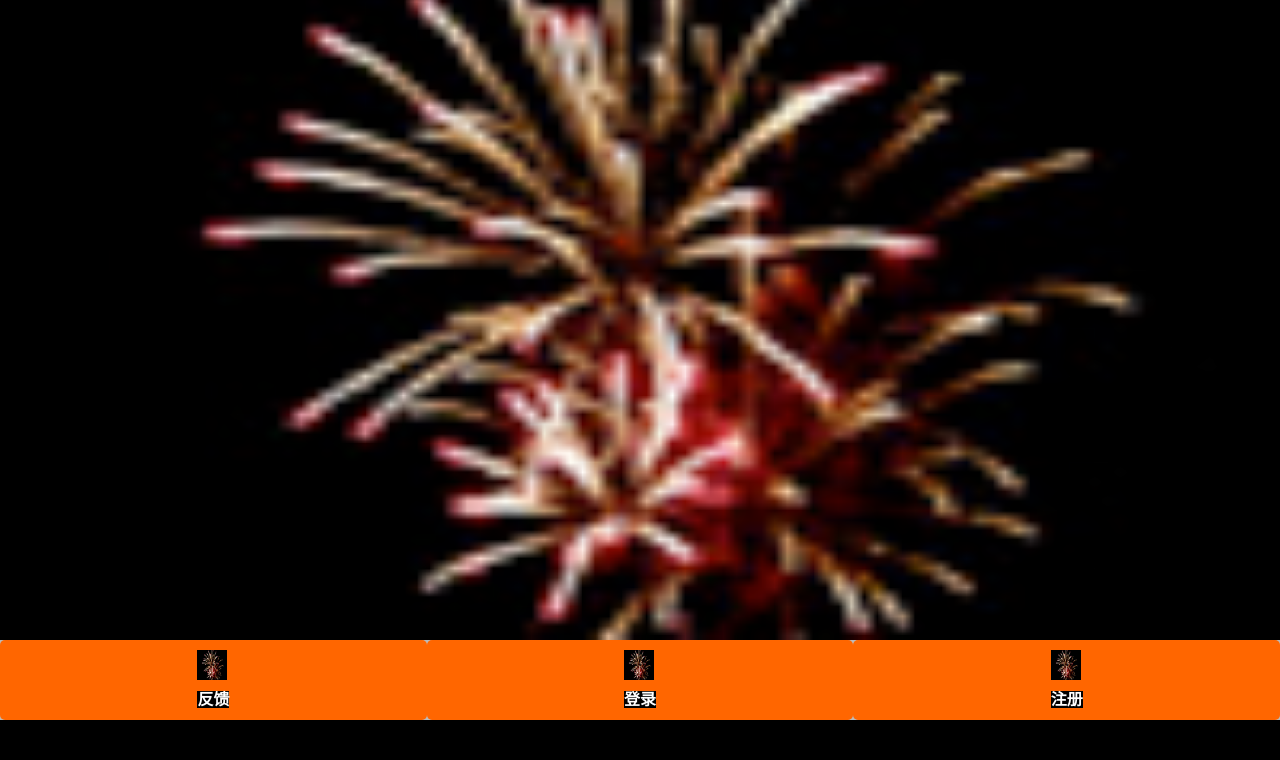
Repository: wangxinjun08231116/Html5Views
Page: WangXinJun/WebContent/htmls/QCF/shouye.html
An editor plug-in stored every save of this project. The page is shown before and after the next save, followed by the edit.
The browser window is 1280 px wide. The pictures show the whole page.

Above is the page before, as saved 2015-01-21 02:44:04.

After the next save:
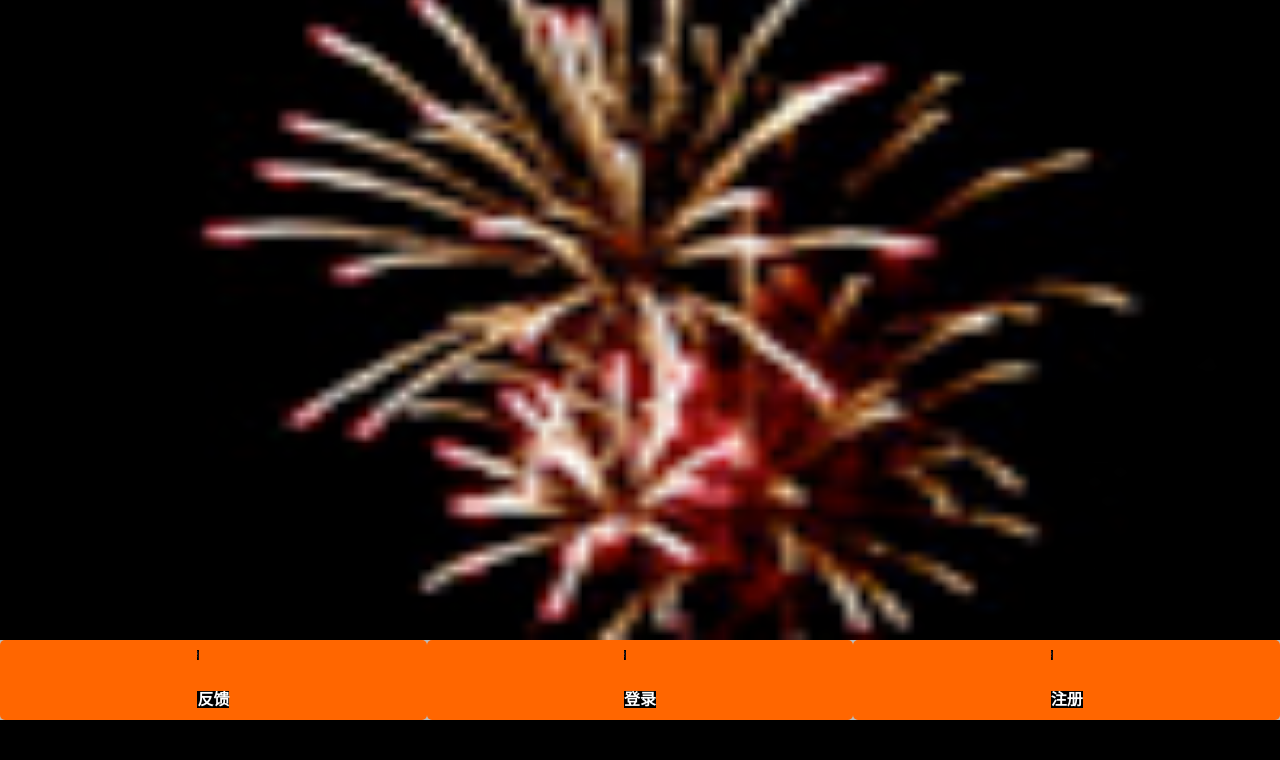
Saved 60 s later.
--- a/WangXinJun/WebContent/css/QCF/shouye.css
+++ b/WangXinJun/WebContent/css/QCF/shouye.css
@@ -38,7 +38,7 @@ body {height:100%;width:100%;background:#000;
     text-align:center;
 }
 
-.bottomImage{width:30px;height:30px;background:#ccc;
+.bottomImage{width:2px;height:10px;background:#ccc;
 	position:absolute;
 	top:10px;
 }
